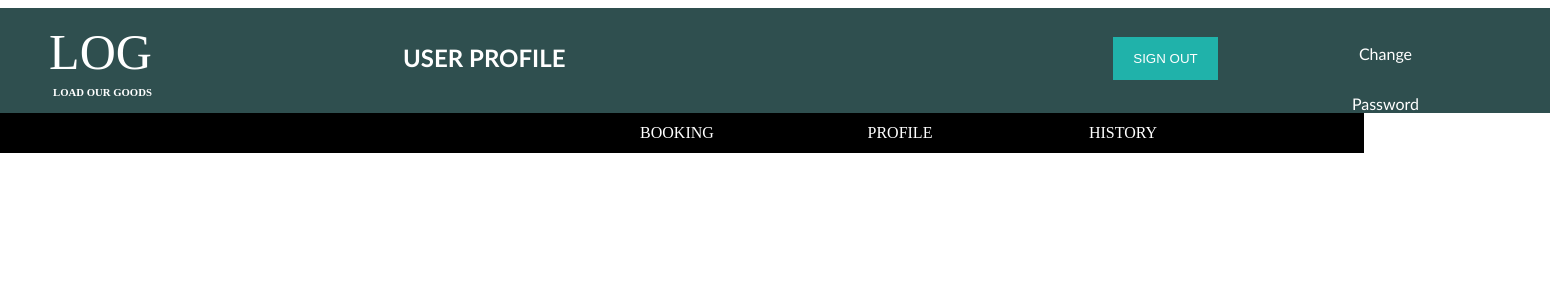
Repository: NAYAN9534/vehicle-booking-system
Page: http://localhost/minor/profile.jsp
An editor plug-in stored every save of this project. The page is shown before and after the next save, followed by the edit.
The browser window is 1280 px wide. The page is 1550 px wide, so the pictures cover 1550 px, including what lies to the right of the window. The pictures show the whole page.
The page is served by Tomcat 9.

Above is the page before, as saved 2017-05-27 09:28:16.

After the next save:
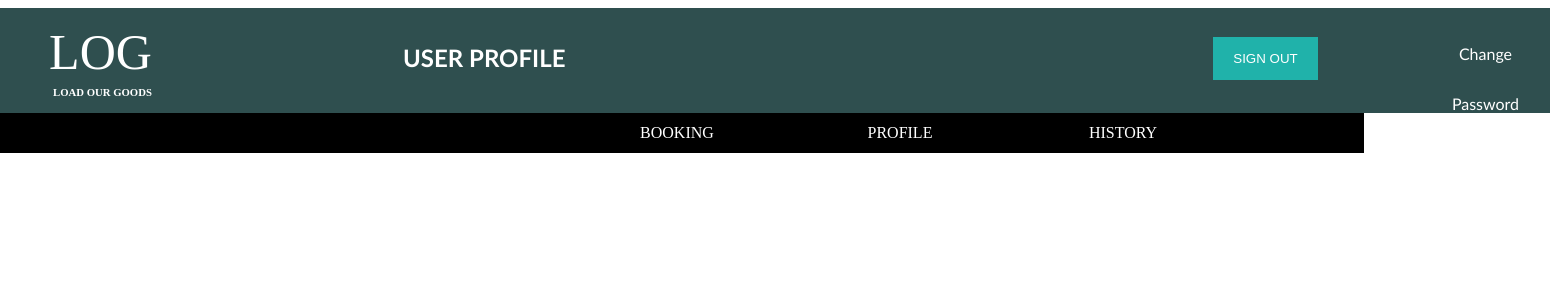
Saved 2 min 47 s later.
--- a/minor/WebContent/profile.jsp
+++ b/minor/WebContent/profile.jsp
@@ -79,7 +79,7 @@
      float:left;
      font-size:16px;
      width:120px;
-     margin-right:100px;
+     margin-left:100px;
      text-align:center;
      height:40px;
      line-height:50px;
